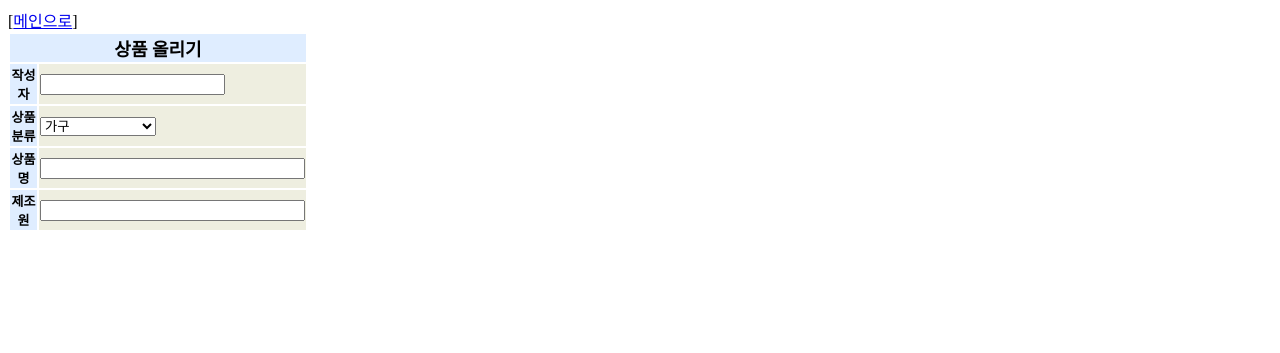
Repository: severrepair/JSPproject
Page: Shop/src/main/webapp/product_write.html
The author's editor kept a copy of each file at every save. The page is drawn from the files as they stood at one save, then again after the next save.
The browser window is 1280 px wide. The pictures show the whole page.

Above is the page before, as saved 2022-12-02 00:52:50.

### Shop/src/main/webapp/product_write.html
<!DOCTYPE html>
<html>
<head>
<meta charset="UTF-8">
<title>상품 정보 입력</title>
<SCRIPT language="javascript">
function check(f) {
	blank=false;
	for (i=0; i<f.elements.length; i++){
		if(f.elements[i].value=="")
			if(f.elements[i].name !="large")
				blank=true;
	}
	if(blank==true)
		alert("모든 항목을 입력하셔야 합니다.");
	else
		f.submit();
}
</SCRIPT>
</head>
<body>
[<A href= "main.htm">메인으로</A>]

<FORM method=post action="product_save.jsp" enctype="multipart/form-data">
<TABLE border=0 width=300>
	<TR>
		<TH bgcolor=#DFEDFF colspan=2>
		<FONT size=+1 color=black>상품 올리기</FONT></TH>
	</TR>
	<TR>
		<TH width=20% bgcolor=#DFEDFF>
			<FONT size=-1 color=black>작성자</FONT></TH>
		<TD bgcolor=#eeeee><INPUT type=text name=wname size=20>
		</TD>
	</TR>
	<TR>
		<TH width=20% bgcolor=#DFEDFF>
			<FONT size=-1 color=black>상품 분류</FONT></TH>
		<TD bgcolor=#eeeee>
			<FONT size=-1 color=white>
				<SELECT name=category size=1>
					<OPTION value=11>가구
					<OPTION value=22>전기/전자
					<OPTION value=33>부엌용품
					<OPTION value=44>의류
					<OPTION value=55>보석 및 악세서리
					<OPTION value=66>헬스기구
					<OPTION value=77>컴퓨터 관련
					<OPTION value=88>기타
				</SELECT>
			</FONT>
		</TD>
	</TR>
	<TR>
		<TH width=20% bgcolor=#DFEDFF>
			<FONT size=-1 color=black>상품명</FONT></TH>
		<TD bgcolor=#eeeee>
			<INPUT type=text name=pname size=30>
		</TD>
	</TR>
	<TR>
		<TH width=20% bgcolor=#DFEDFF>
			<FONT size=-1 color=black>제조원</FONT></TH>
		<TD bgcolor=#eeeee>
			<INPUT type=text name=sname size=30>
		</TD>
	</TR>
	</TABLE>
</FORM>

</body>
</html>

After the next save:
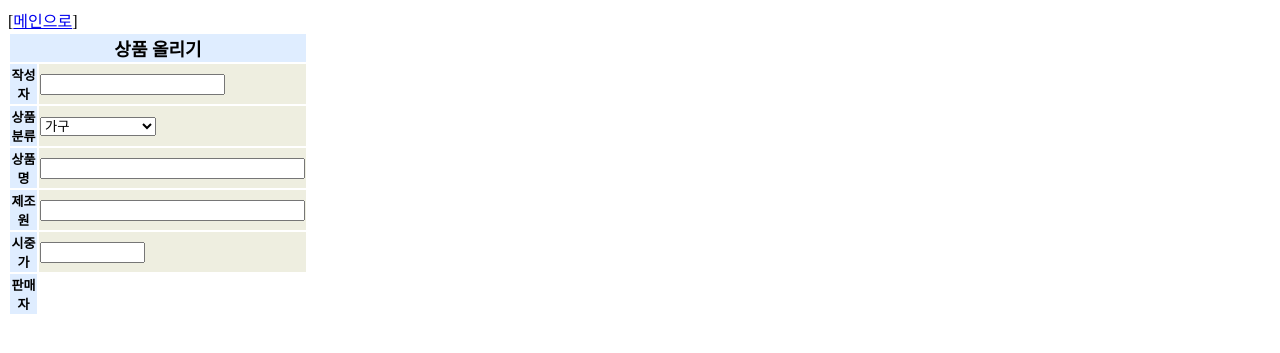
Saved 2 min 24 s later.
--- a/Shop/src/main/webapp/product_write.html
+++ b/Shop/src/main/webapp/product_write.html
@@ -65,7 +65,21 @@ function check(f) {
 			<INPUT type=text name=sname size=30>
 		</TD>
 	</TR>
-	</TABLE>
+	<TR>
+	<TH width=20% bgcolor=#DFEDFF>
+		<FONT size=-1 color=black>시중가</FONT></TH>
+		<TD bgcolor=#eeeee>
+			<INPUT type=text name=price size=10>
+		</TD>
+	</TR>
+	<TR>
+		<TH width=20% bgcolor=#DFEDFF>
+			<FONT size=-1 color=black>판매자</FONT>
+		</TH>
+	</TR>
+
+
+</TABLE>
 </FORM>
 
 </body>
